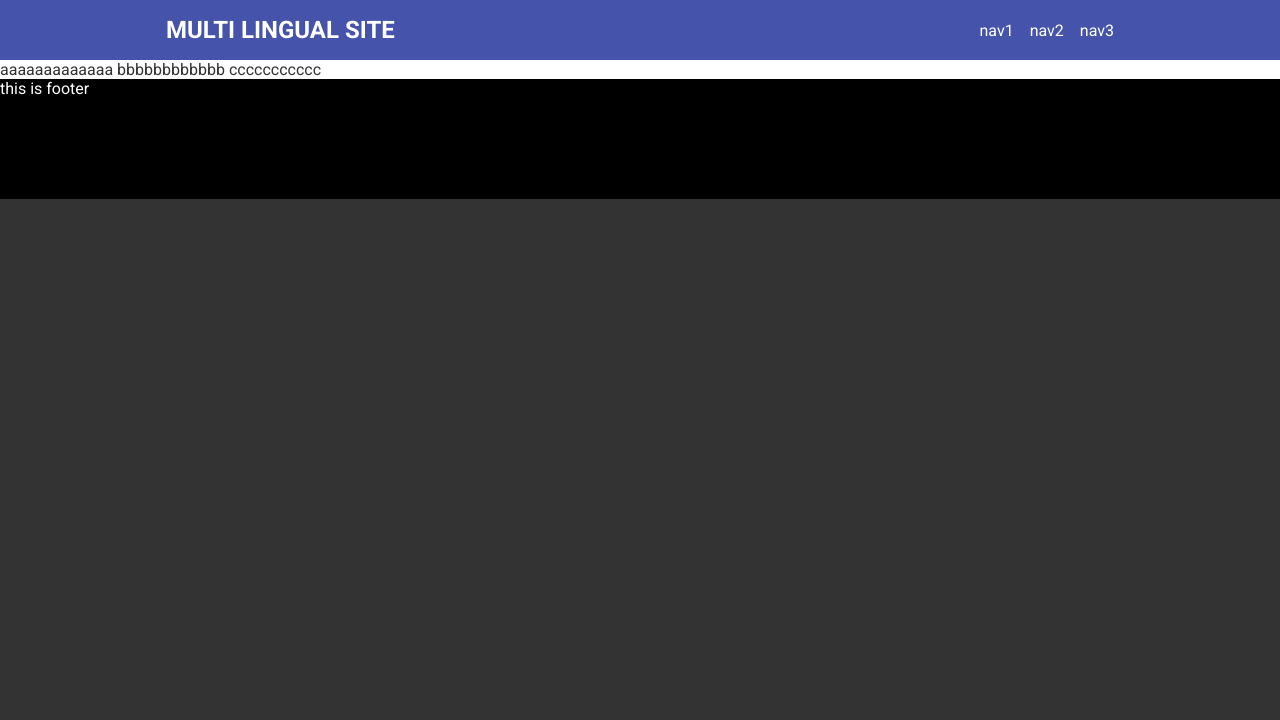
Repository: ksbsh27/multi_lingual
Page: index.html
The author's editor kept a copy of each file at every save. The page is drawn from the files as they stood at one save, then again after a run of saves.
The browser window is 1280 px wide. The pictures show the whole page.
The style sheet was rebuilt from its Sass, Less or Tailwind sources for each picture, by a compiler version that may differ from the author's.

Above is the page before, as saved 2022-03-31 21:24:04.

After the next 2 saves:
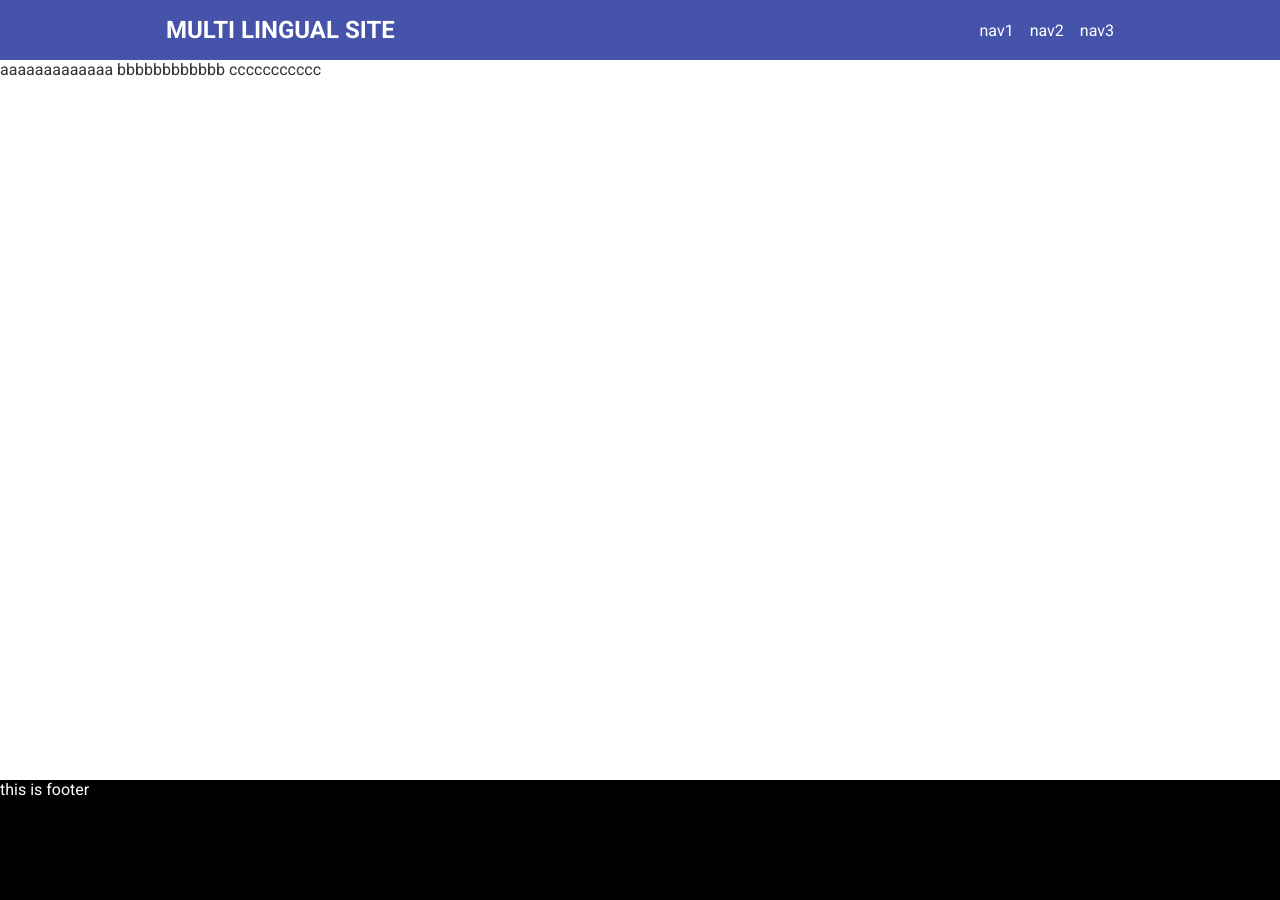
The 2 saves are shown as one change because they came seconds apart.
The last was saved 12 s later.
--- a/sass/style.scss
+++ b/sass/style.scss
@@ -18,5 +18,5 @@
   background: #fff;
   position: relative;
   height: auto;
-  min-height: 100%;
+  height: 100vh;
 }
